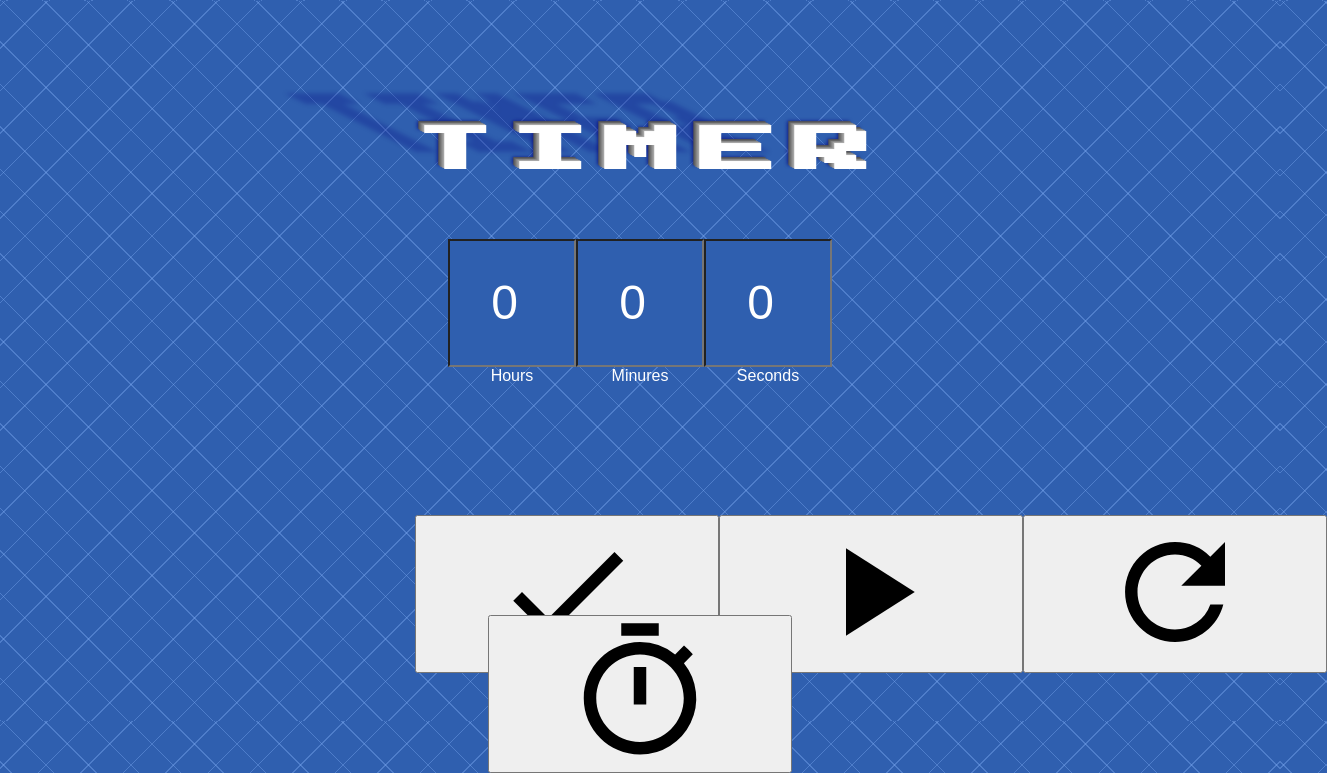
Repository: KrzysKolo/Projekt-12_Timer
Page: index.html
An editor plug-in stored every save of this project. The page is shown before and after the next save, followed by the edit.
The browser window is 1280 px wide. The page is 1327 px wide, so the pictures cover 1327 px, including what lies to the right of the window. The pictures show the whole page.
Some web fonts or font styles are not loaded; a fallback is used.

Above is the page before, as saved 2020-06-24 22:21:11.

After the next save:
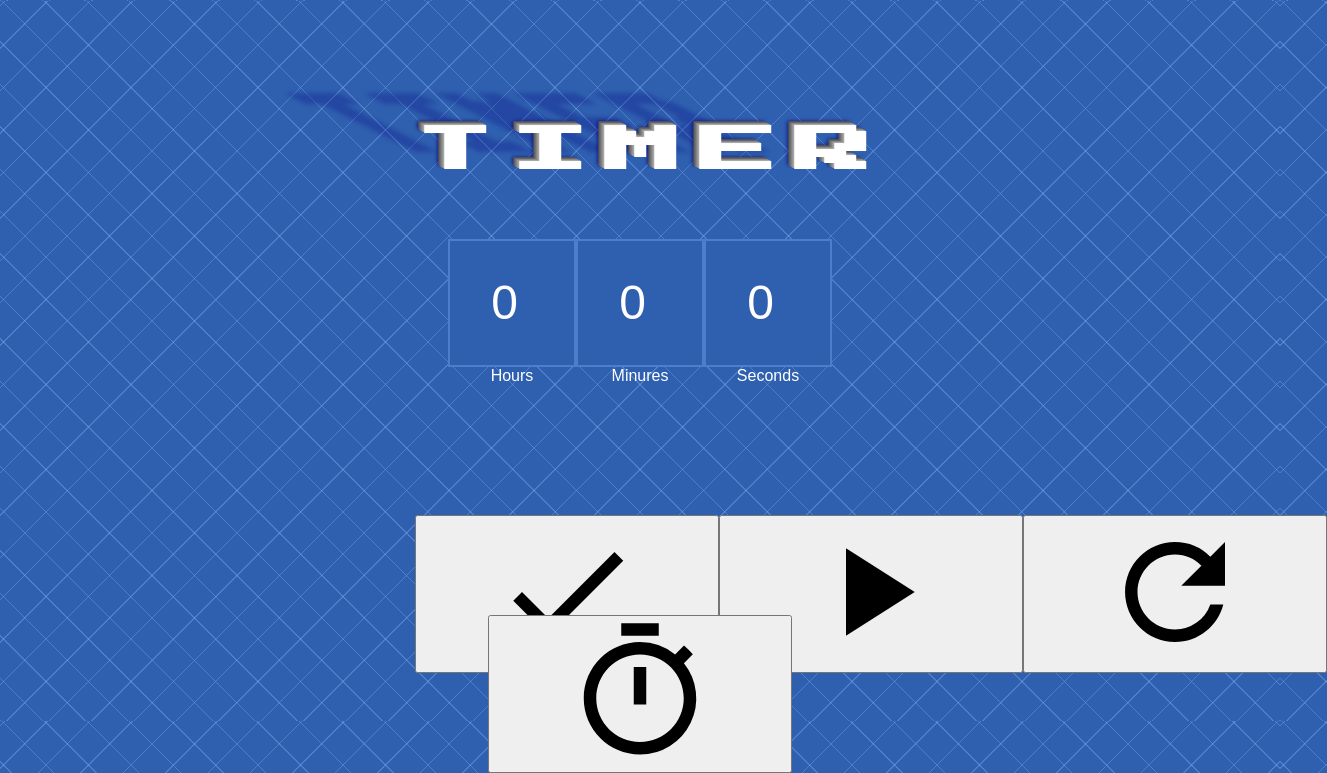
Saved 70 s later.
--- a/css/style.css
+++ b/css/style.css
@@ -115,4 +115,5 @@ body {
   width: 8rem;
   height: 8rem;
   text-align: center;
+  border: 2px solid rgba(125, 170, 242, 0.4);
 }
